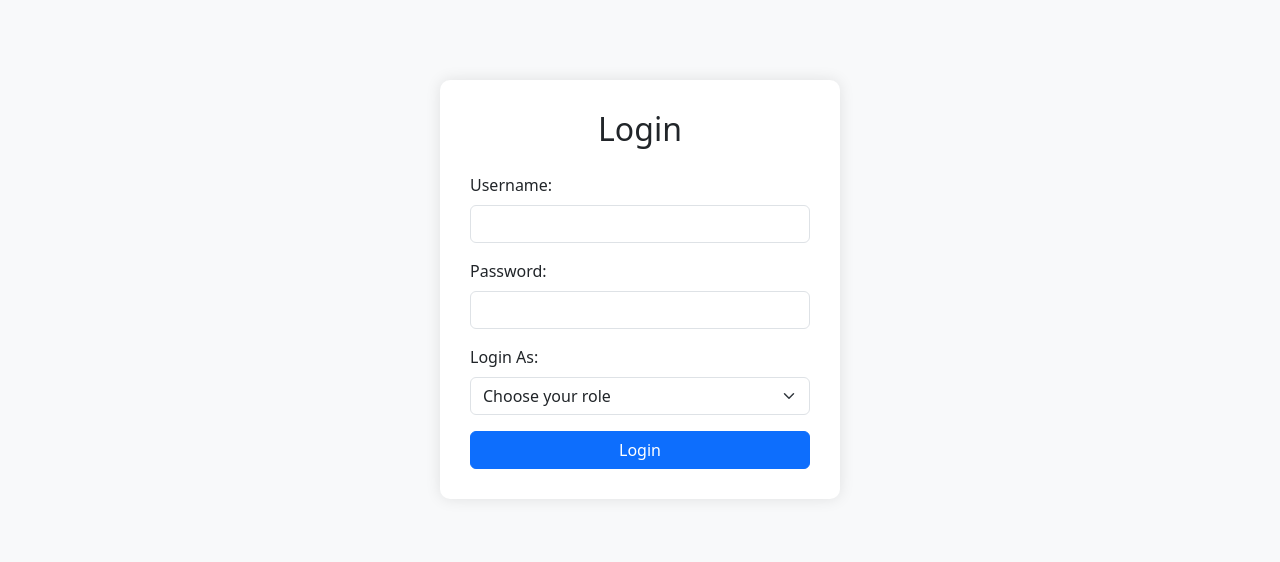
Repository: BorudePiyush/StudentMANAGEMENTSystem-using-java
Page: http://localhost/Student_management_systems/login.jsp
The author's editor kept a copy of each file at every save. The page is drawn from the files as they stood at one save, then again after the next save.
The browser window is 1280 px wide. The pictures show the whole page.
The page is served by Tomcat 10.

Above is the page before, as saved 2025-06-09 14:06:51.

After the next save:
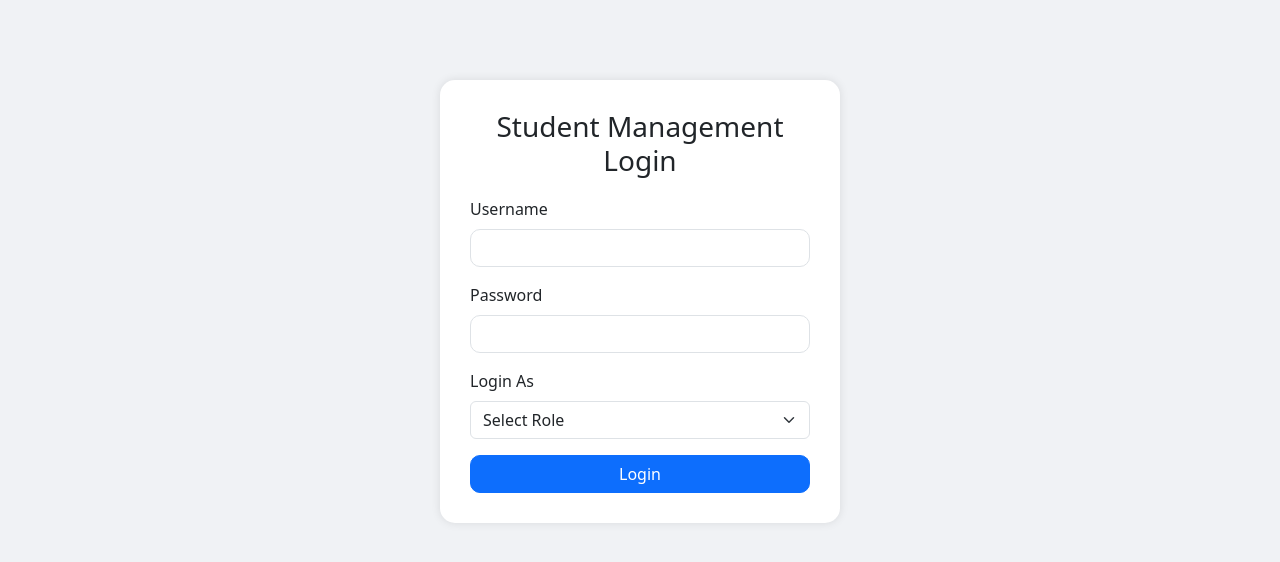
Saved 4 min 23 s later.
--- a/Student management systems/src/main/webapp/login.jsp
+++ b/Student management systems/src/main/webapp/login.jsp
@@ -2,58 +2,75 @@
 <!DOCTYPE html>
 <html lang="en">
 <head>
-  <meta charset="UTF-8" />
+  <meta charset="UTF-8">
   <title>Login - Student Management System</title>
-  <meta name="viewport" content="width=device-width, initial-scale=1" />
-  <link href="https://cdn.jsdelivr.net/npm/bootstrap@5.3.2/dist/css/bootstrap.min.css" rel="stylesheet" />
+  <meta name="viewport" content="width=device-width, initial-scale=1">
+  <link href="https://cdn.jsdelivr.net/npm/bootstrap@5.3.2/dist/css/bootstrap.min.css" rel="stylesheet">
   <style>
     body {
-      background: #f8f9fa;
+      background: #f0f2f5;
     }
-
-    .login-container {
+    .login-box {
       max-width: 400px;
       margin: 80px auto;
+      background: #fff;
       padding: 30px;
-      background: white;
+      border-radius: 15px;
+      box-shadow: 0 0 10px rgba(0,0,0,0.1);
+    }
+    .form-control {
       border-radius: 10px;
-      box-shadow: 0 0 15px rgba(0,0,0,0.1);
     }
-
-    .login-container h2 {
-      margin-bottom: 25px;
+    .btn-primary {
+      border-radius: 10px;
+    }
+    .title {
       text-align: center;
+      margin-bottom: 20px;
     }
   </style>
 </head>
 <body>
 
   <div class="container">
-    <div class="login-container">
-      <h2>Login</h2>
+    <div class="login-box">
+      <h3 class="title">Student Management Login</h3>
+
+      <%
+        String error = request.getParameter("error");
+        if ("invalid".equals(error)) {
+      %>
+        <div class="alert alert-danger text-center" role="alert">
+          Invalid username, password, or role. Please try again.
+        </div>
+      <%
+        }
+      %>
 
       <form action="LoginServlet" method="post">
         <div class="mb-3">
-          <label for="username" class="form-label">Username:</label>
-          <input type="text" class="form-control" id="username" name="username" required />
+          <label for="username" class="form-label">Username</label>
+          <input type="text" name="username" id="username" class="form-control" required>
         </div>
 
         <div class="mb-3">
-          <label for="password" class="form-label">Password:</label>
-          <input type="password" class="form-control" id="password" name="password" required />
+          <label for="password" class="form-label">Password</label>
+          <input type="password" name="password" id="password" class="form-control" required>
         </div>
 
         <div class="mb-3">
-          <label for="role" class="form-label">Login As:</label>
-          <select class="form-select" name="role" id="role" required>
-            <option value="" selected disabled>Choose your role</option>
+          <label for="role" class="form-label">Login As</label>
+          <select name="role" id="role" class="form-select" required>
+            <option value="">Select Role</option>
             <option value="admin">Admin</option>
             <option value="faculty">Faculty</option>
             <option value="student">Student</option>
           </select>
         </div>
 
-        <button type="submit" class="btn btn-primary w-100">Login</button>
+        <div class="d-grid">
+          <button type="submit" class="btn btn-primary">Login</button>
+        </div>
       </form>
     </div>
   </div>
